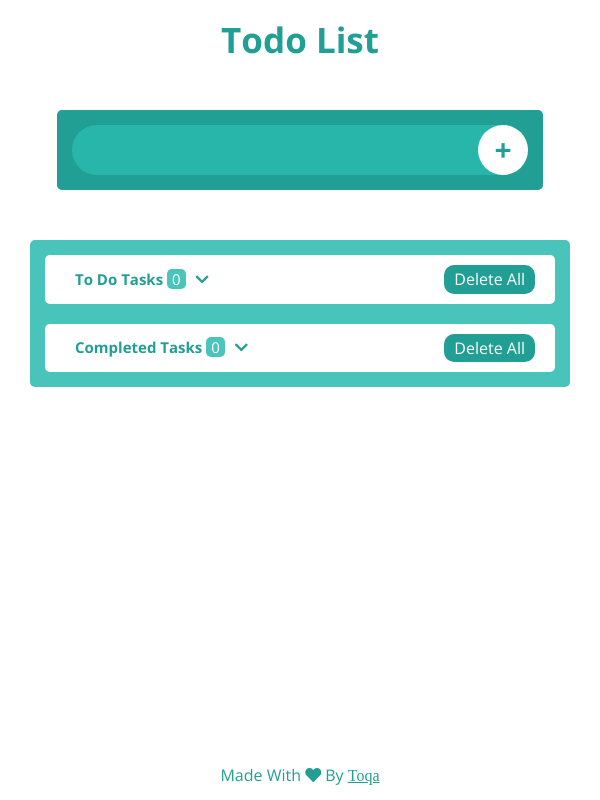
Repository: Toqa-25/todo-list
Page: index.html
An editor plug-in stored every save of this project. The page is shown before and after the next save, followed by the edit.
The browser window is 600 px wide. The pictures show the whole page.
Some web fonts or font styles are not loaded; a fallback is used.

Above is the page before, as saved 2022-02-07 16:47:37.

After the next save:
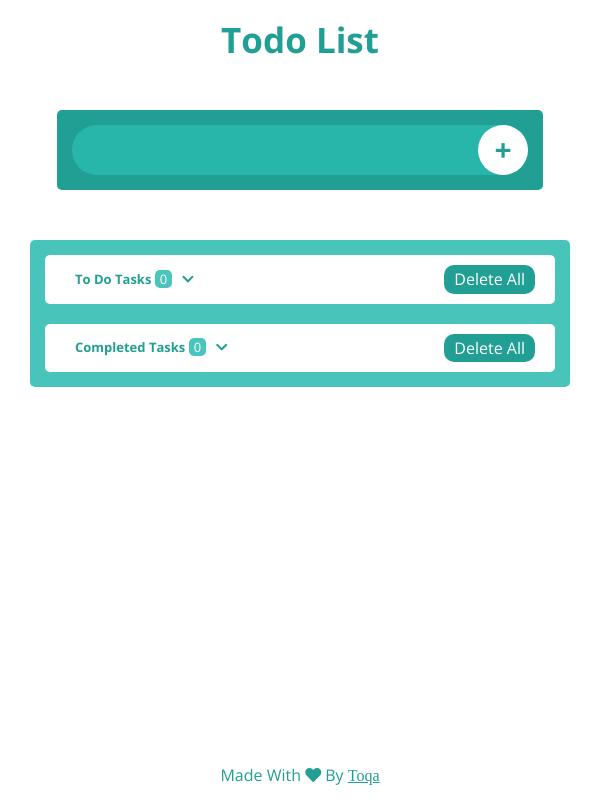
Saved 2 min 51 s later.
--- a/css/style.css
+++ b/css/style.css
@@ -304,7 +304,7 @@ margin: 16px auto;
         margin-top: 10px;
     } */
     .todo-list-head {
-    font-size: 15px;
+    font-size: 13px;
     }
 }
 
